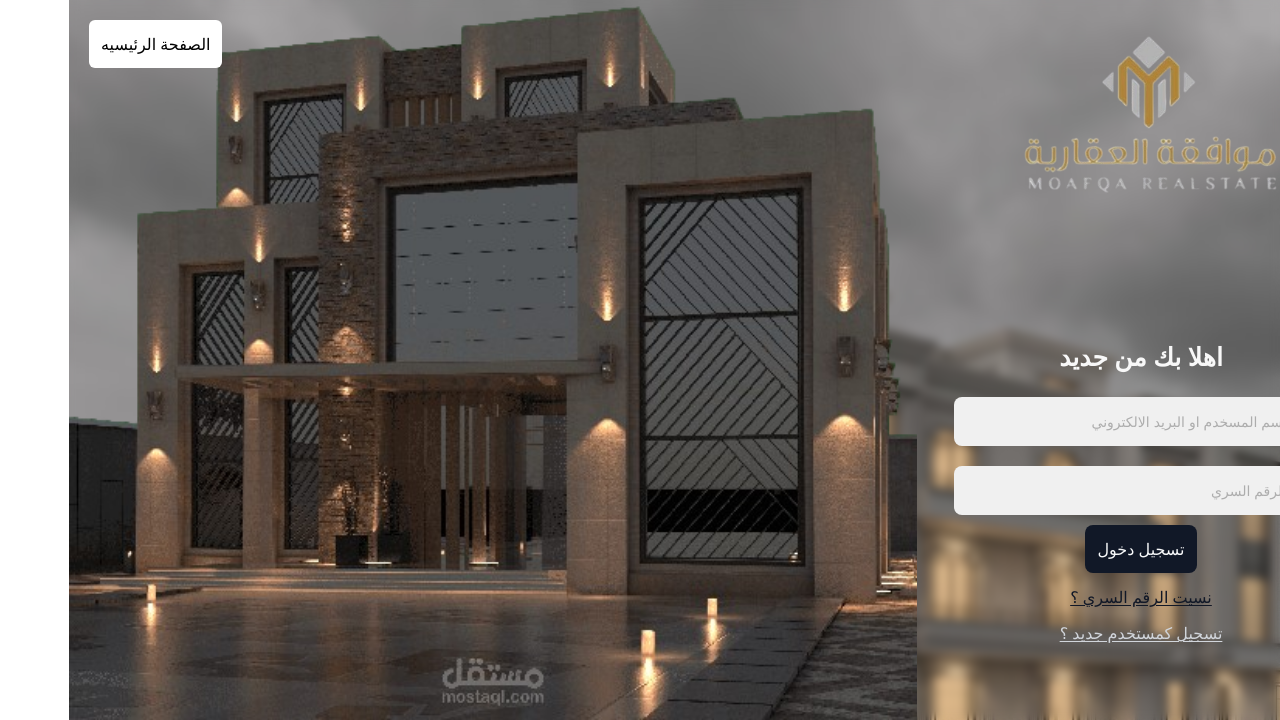
Repository: EslamKhial1997/immovables
Page: /auth
These files come from the project's save history. The page is drawn as it stood at one moment and after a run of saves; the edit follows.
The browser window is 1280 px wide. The pictures show the whole page.
Some web libraries are served in a nearby version. The project was rebuilt for these pictures with package versions that can differ from the ones it lists, and the page was loaded fresh each time. Also part of the build but not shown: vite.config.js, src/Components/layout/Navbar.jsx, src/Components/contents/OurProjects.jsx, src/Components/contents/OurAchievements.jsx, src/Components/layout/Footer.jsx, src/Components/contents/home/Slider.jsx, src/Components/contents/home/Blogs.jsx, src/App.jsx and 6 more.

Above is the page before, as saved 2024-07-27 00:31:05.

After the next 2 saves:
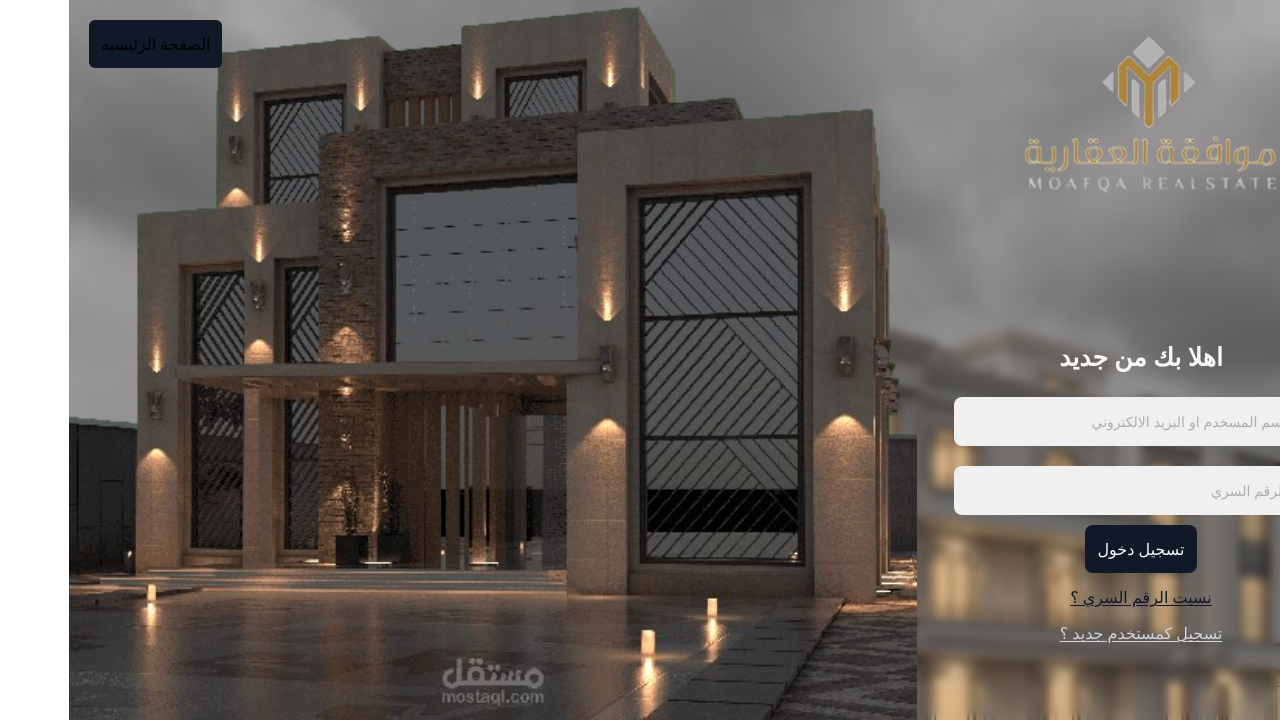
The 2 saves are shown as one change because they came seconds apart.
The last was saved 19 s later.
--- a/src/Components/auth/Auth.jsx
+++ b/src/Components/auth/Auth.jsx
@@ -10,7 +10,7 @@ const Auth = () => {
         backgroundRepeat: "no-repeat",
       }}
     >
-       <button className="fixed z-40 top-5 left-5 bg-white rounded-md p-3">الصفحة الرئيسيه</button>
+       <button className="fixed z-40 top-5 left-5 bg-gray-900 rounded-md p-3">الصفحة الرئيسيه</button>
       <Outlet />
     </div>
   );
